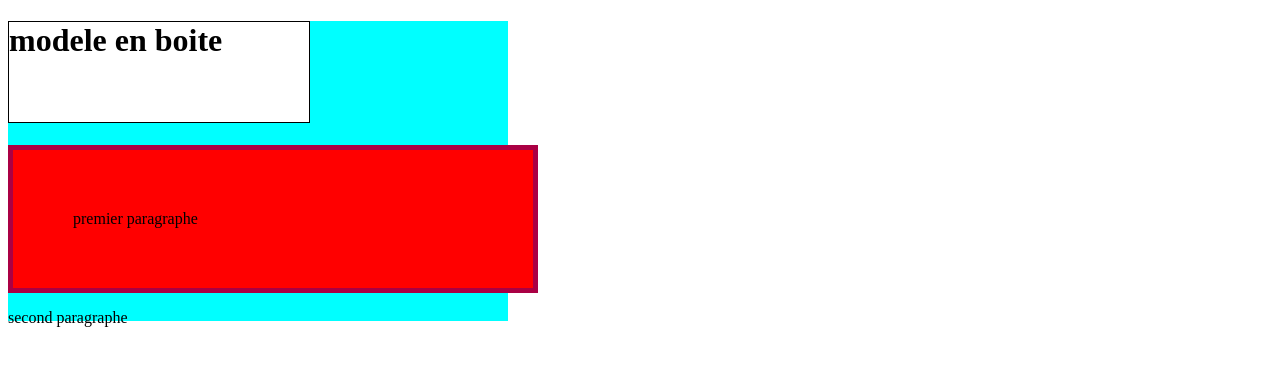
Repository: Poulpyto/fitec
Page: workspaceHtmlFlo/PremierTp_htmlCss/WebContent/erreur_model_en_boite.html
An editor plug-in stored every save of this project. The page is shown before and after the next save, followed by the edit.
The browser window is 1280 px wide. The pictures show the whole page.

Above is the page before, as saved 2017-04-04 08:25:56.

After the next save:
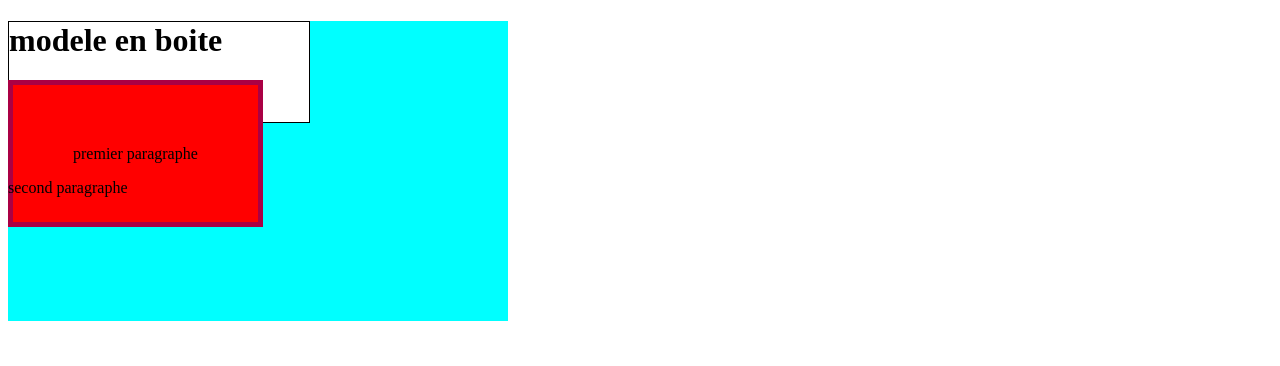
Saved 33 min 2 s later.
--- a/workspaceHtmlFlo/PremierTp_htmlCss/WebContent/css/style6.css
+++ b/workspaceHtmlFlo/PremierTp_htmlCss/WebContent/css/style6.css
@@ -20,4 +20,5 @@ h1{
 	background-color: red;
 	padding: 60px;
 	border: 5px solid #A04;
+	display: inline
 }
